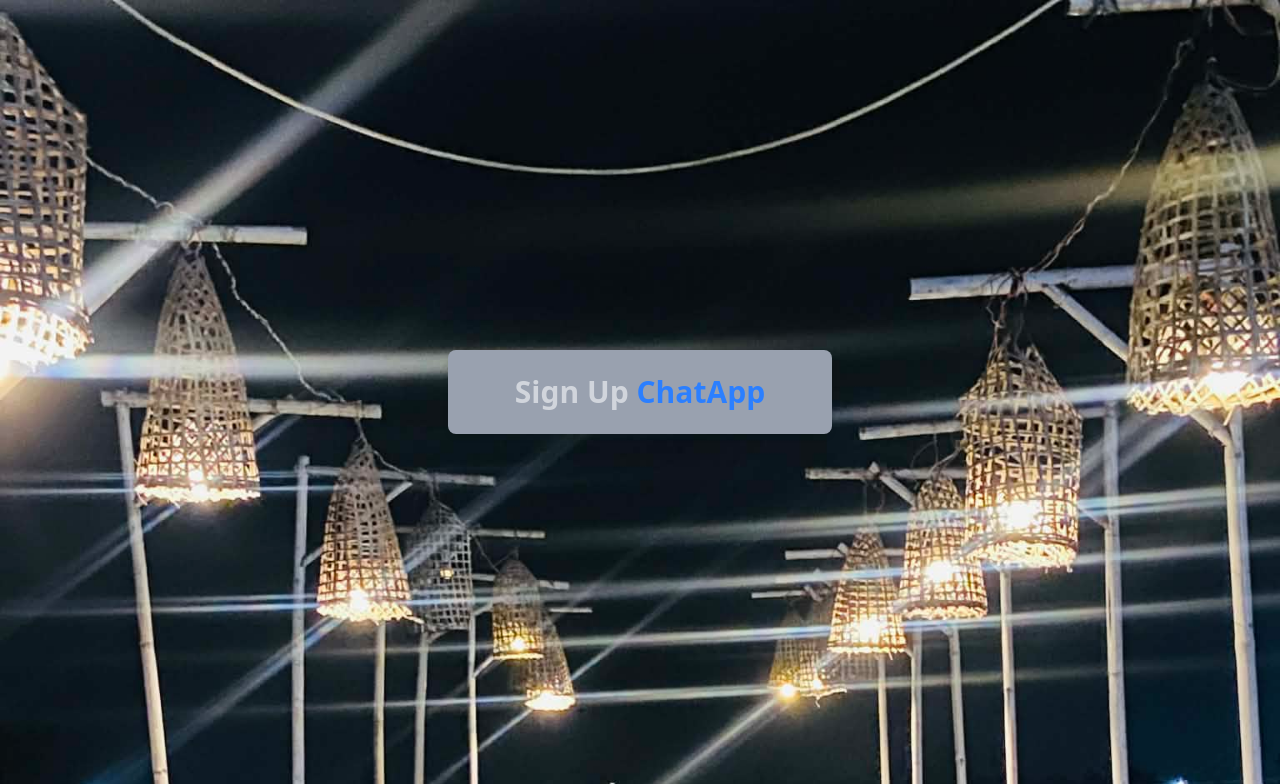
Repository: ridhukhan/chatapp
Page: / (app in frontend/)
These files come from the project's save history. The page is drawn as it stood at one moment and after the next save; the edit follows.
The browser window is 1280 px wide. The pictures show the whole page.
Backgrounds fixed to the window are drawn as part of the page. The project was rebuilt for these pictures with package versions that can differ from the ones it lists, and the page was loaded fresh each time. Also part of the build but not shown: frontend/vite.config.js, frontend/src/Pages/login/Login.jsx.

Above is the page before, as saved 2025-12-25 13:10:08.

After the next save:
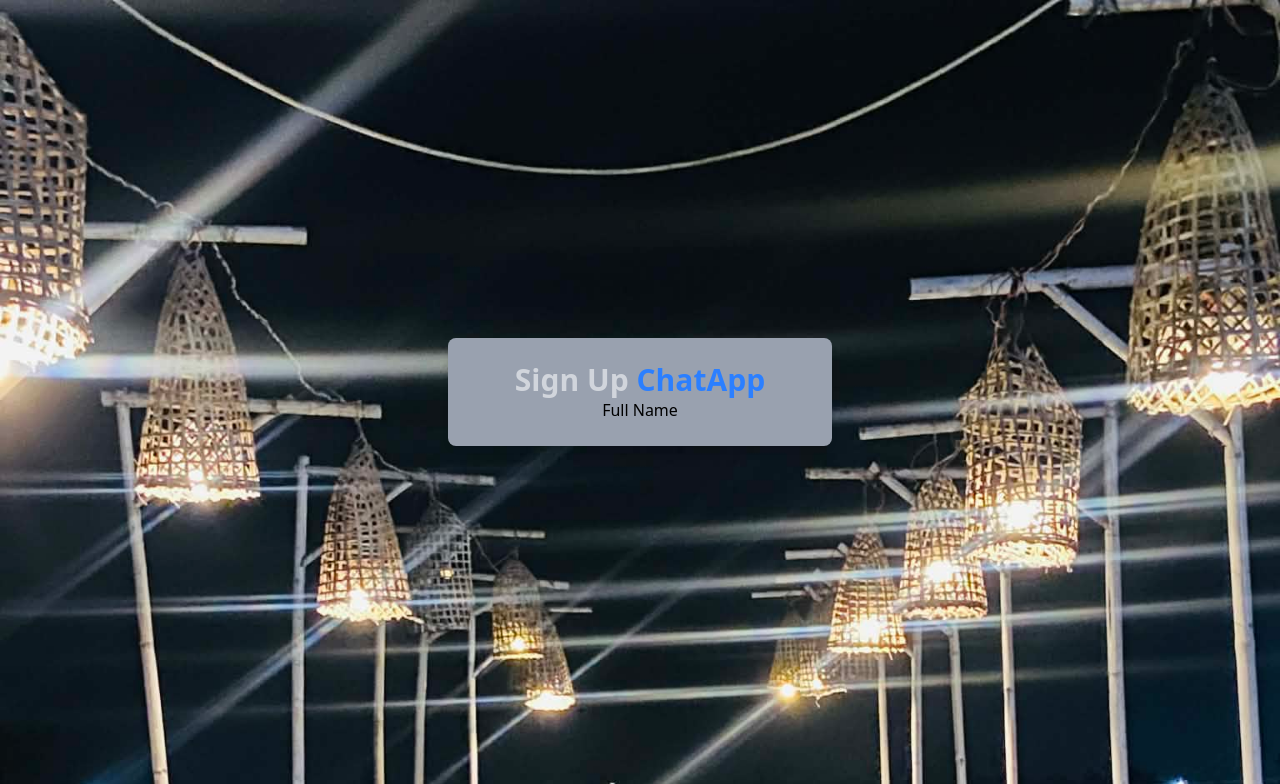
Saved 2 min 30 s later.
--- a/frontend/src/Pages/signup/SignUp.jsx
+++ b/frontend/src/Pages/signup/SignUp.jsx
@@ -9,7 +9,29 @@
 	<h1 className='text-3xl font-semibold text-center text-gray-300'>
 	Sign Up <span className='text-blue-500'> ChatApp</span></h1>
 
+<form action="">
+<div>
 
+    <label  className='label p-2'>
+        <span className='text-base label-text'>Full Name</span>
+    </label>
+</div>
+
+
+
+
+
+
+
+
+
+
+
+
+
+
+
+</form>
 
 </div>
 
